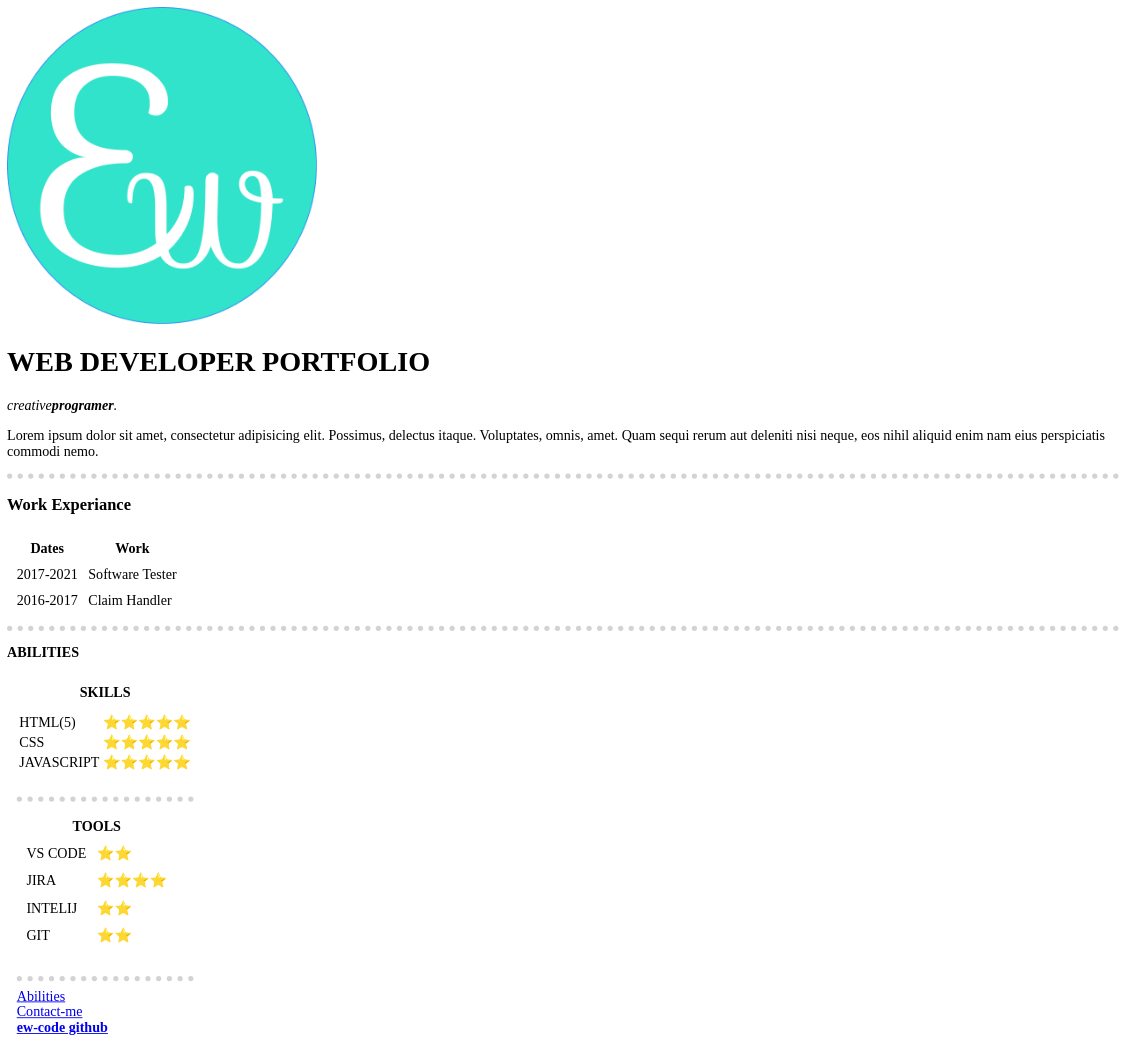
Repository: ew-code/Web-Development
Page: HTML - Personal Site/index.html
An editor plug-in stored every save of this project. The page is shown before and after the next save, followed by the edit.
The browser window is 1280 px wide. The pictures show the whole page, at 88% of full size.

Above is the page before, as saved 2021-01-06 21:15:14.

### HTML - Personal Site/index.html
<!DOCTYPE html>
<html lang="en" dir="ltr">

<style>

   body {
      background-color: white;
   }

   hr {
      border-top: 6px dotted lightgray;
     border-style: none;
     border-top-style: dotted;
</style>


<head>
  <meta charset="utf-8"> <!-- dopracować meta description dla silników wyszukiwarek-->
  <title>ew-code</title>
</head>

<body
  <table cellspacing="20">
    <tr>
      <td><img src="images/Frame 1.png" alt="dot"></td>
      <td>
        <h1>WEB DEVELOPER PORTFOLIO</h1>
      </td>
      <td>
        <p><em>creative<strong>programer</strong>.</em></p>
        <p>Lorem ipsum dolor sit amet, consectetur adipisicing elit. Possimus, delectus itaque. Voluptates, omnis, amet.
          Quam sequi rerum aut deleniti nisi neque, eos nihil aliquid enim nam eius perspiciatis commodi nemo.</p>
      </td>
    </tr>
  </table>

  <hr>

  <h3>Work Experiance</h3>
  <table cellspacing="10">
    <thead>
      <tr>
        <th>Dates</th>
        <th>Work</th>
      </tr>
    </thead>
    <tbody>
      <tr>
        <td>2017-2021</td>
        <td>Software Tester</td>
      </tr>
    </tbody>
    <tbody>
      <tr>
        <td>2016-2017</td>
        <td>Claim Handler</td>
      </tr>
    </tbody>
  </table>
  <hr>

    <p><strong>ABILITIES</strong></p>

  <table cellspacing="10">
    <thead>
      <tr>
        <th colspan="2">SKILLS</th>
      </tr>
    </thead>
    <tr>
      <td>
        <table>
          <tr>
            <td>HTML(5)</td>
            <td>⭐⭐⭐⭐⭐</td>
          </tr>
          <tr>
            <td>CSS</td>
            <td>⭐⭐⭐⭐⭐</td>
          </tr>
          <tr>
            <td>JAVASCRIPT</td>
            <td>⭐⭐⭐⭐⭐</td>
          </tr>
        </table>

        <br>
      <hr>
        <table cellspacing="10">
          <thead>
            <tr>
              <th colspan="2">TOOLS</th>
            </tr>
          </thead>
          <tbody>
            <tr>
              <td>VS CODE</td>
              <td>⭐⭐</td>
            </tr>
            <tr>
              <td>JIRA</td>
              <td>⭐⭐⭐⭐</td>
            </tr>
            <tr>
              <td>INTELIJ</td>
              <td>⭐⭐</td>
            </tr>
            <tr>
              <td>GIT</td>
              <td>⭐⭐</td>
            </tr>
          </tbody>
        </table>
  <br>
  <hr>
  <a href="abilities.html">Abilities</a>
  <br>
  <a href="contact.html">Contact-me</a>
  <br>
  <strong><a href="https://github.com/ew-code">ew-code github</a></strong>
</body>

</html>

After the next save:
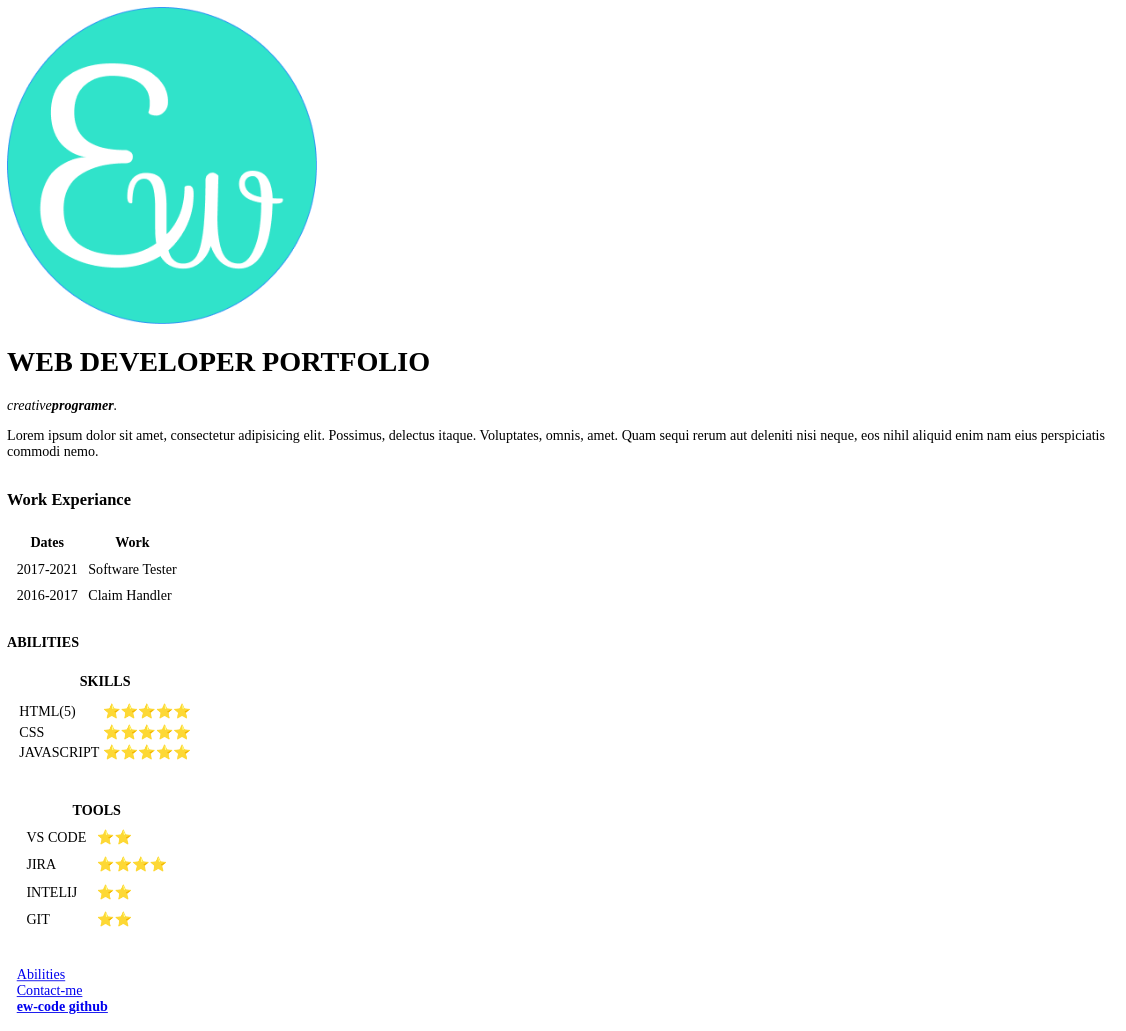
Saved 5 s later.
--- a/HTML - Personal Site/index.html
+++ b/HTML - Personal Site/index.html
@@ -10,7 +10,7 @@
    hr {
       border-top: 6px dotted lightgray;
      border-style: none;
-     border-top-style: dotted;
+     /* border-top-style: dotted; */
 </style>
 
 

After the 3 saves that followed:
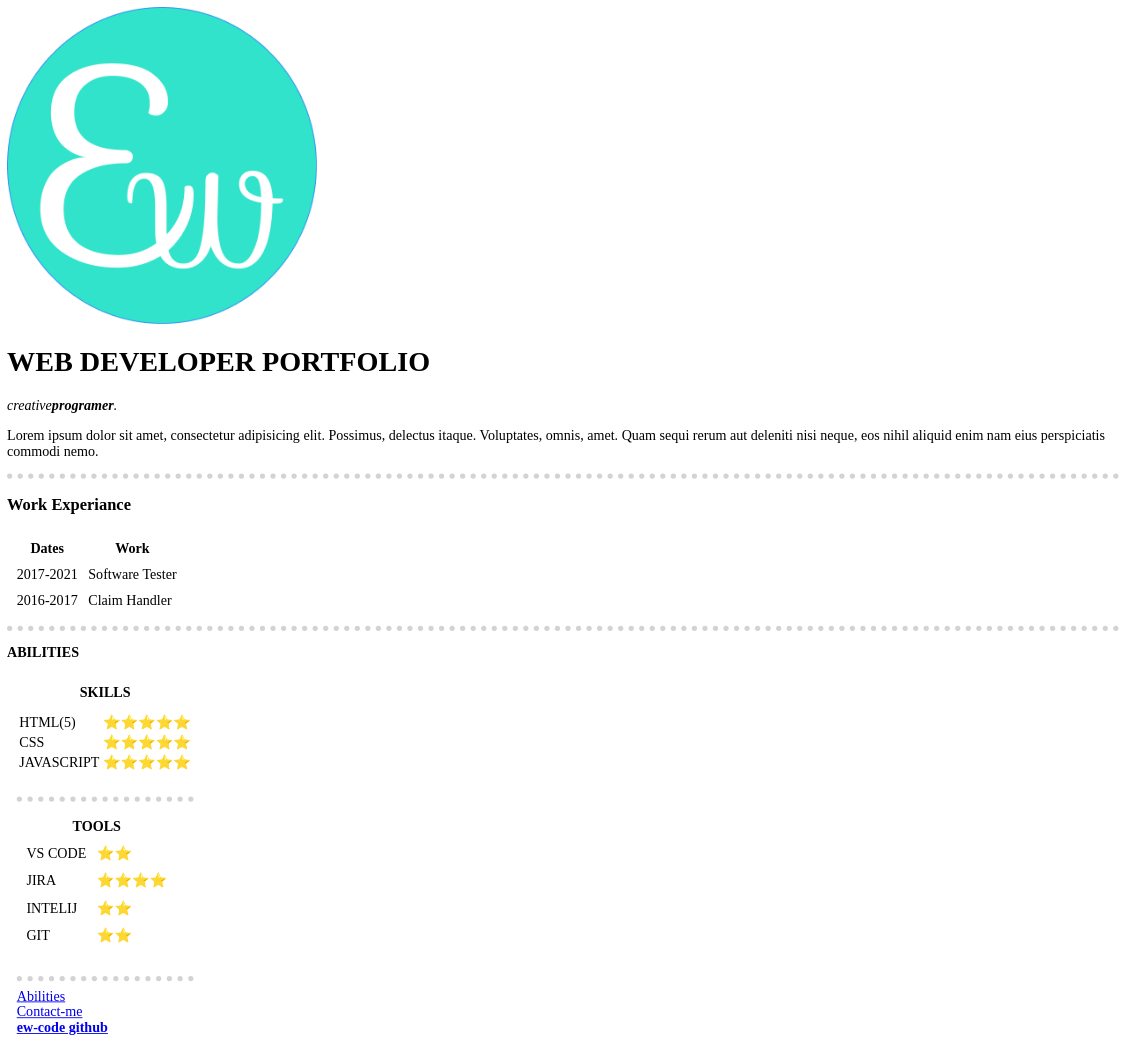
The 3 saves are shown as one change because 1 left the picture as it was and some came seconds apart.
The last was saved 17 s later.
--- a/HTML - Personal Site/index.html
+++ b/HTML - Personal Site/index.html
@@ -10,7 +10,7 @@
    hr {
       border-top: 6px dotted lightgray;
      border-style: none;
-     /* border-top-style: dotted; */
+     border-top-style: dotted;
 </style>
 
 
